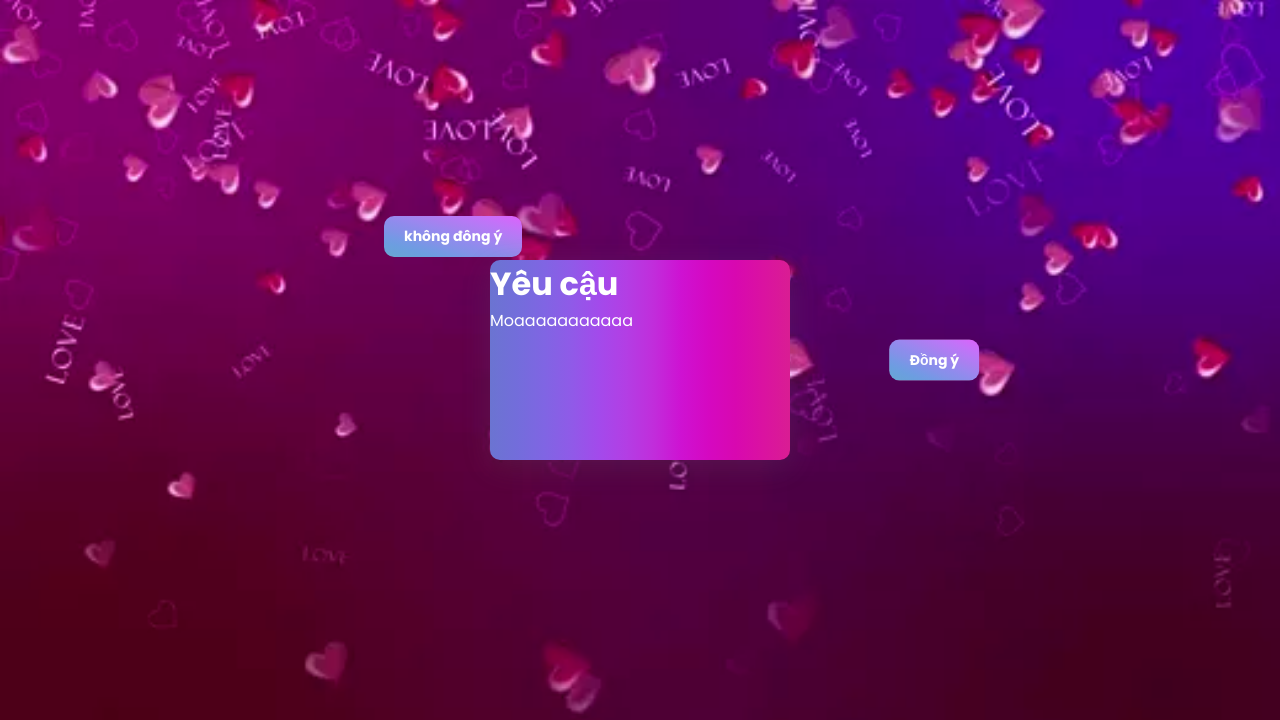
Repository: kuluong2000/love
Page: index.html
The author's editor kept a copy of each file at every save. The page is drawn from the files as they stood at one save, then again after the next save.
The browser window is 1280 px wide. The pictures show the whole page.

Above is the page before, as saved 2022-06-04 22:28:21.

After the next save:
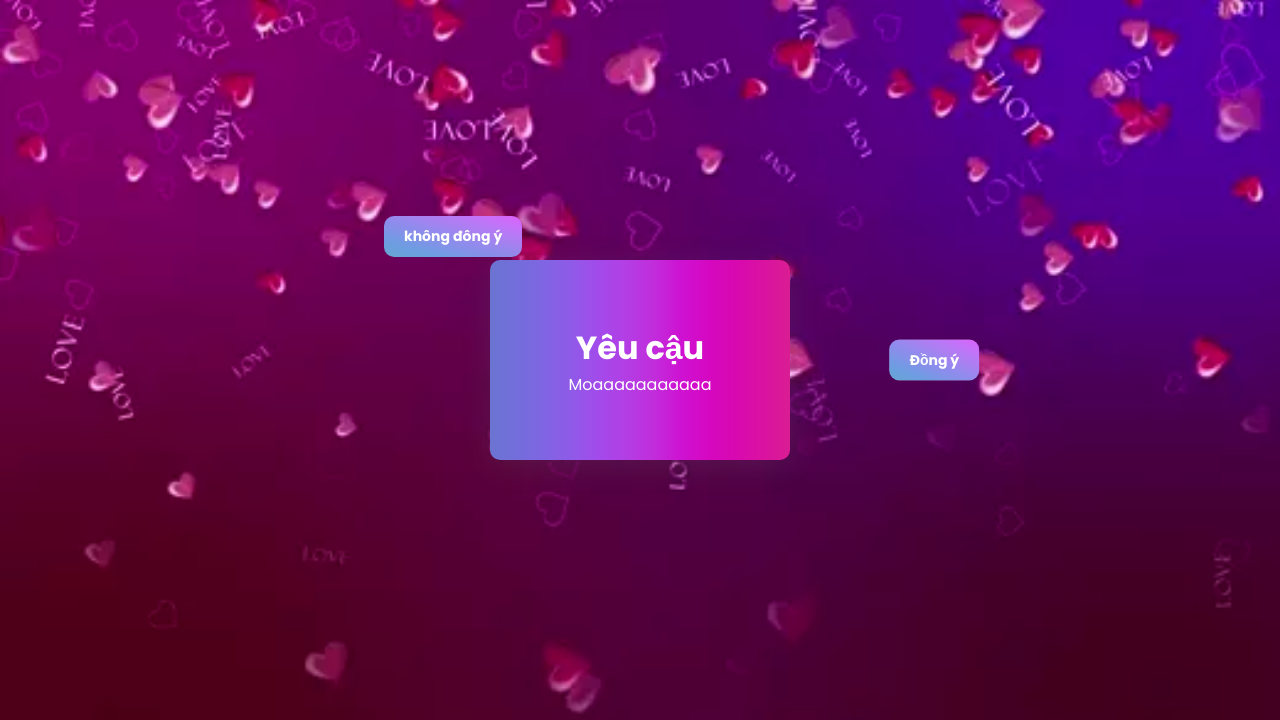
Saved 23 s later.
--- a/app.css
+++ b/app.css
@@ -69,4 +69,8 @@ body {
   background-image: linear-gradient(to right, #6b74d1, #736ddb, #8065e3, #905ae8, #a34aeb, #b33ee4, #c12ddb, #ce12d2, #d508c1, #d808b0, #da12a1, #d91d93);
   box-shadow: rgba(100, 100, 111, 0.2) 0px 7px 29px 0px;
   color: white;
+  display: flex;
+  align-items: center;
+  justify-content: center;
+  flex-direction: column;
 }
